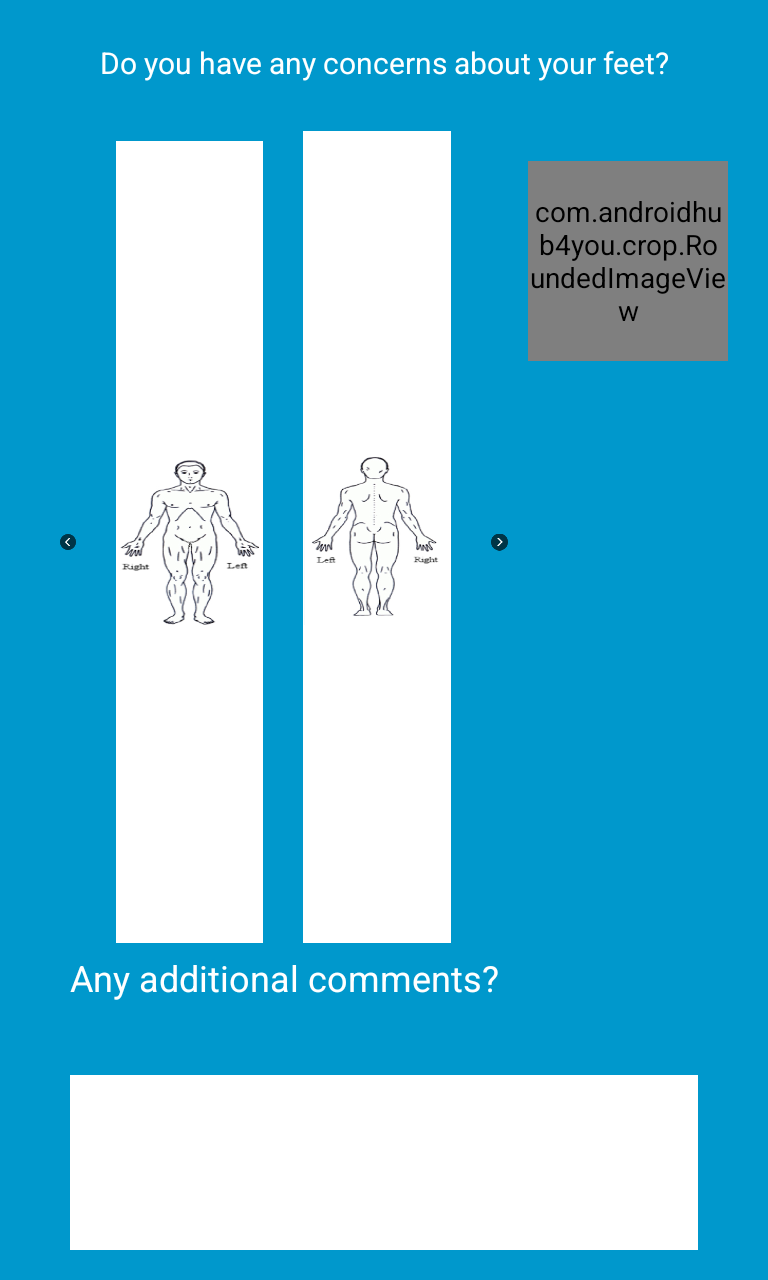
Repository: nanoweb12/GoodFeetAppNew
Layout: BodyTest/res/layout/body.xml
The author's editor kept a copy of each file at every save. The layout is drawn from the files as they stood at one save, then again after the next save.
Pictures or frames that could not be fetched are drawn as grey boxes. It is drawn on a 768 x 1280 px phone screen (xhdpi) without system bars, with theme AppTheme; the app's code is not run.

Above is the layout before, as saved 2015-02-17 10:04:30.

After the next save:
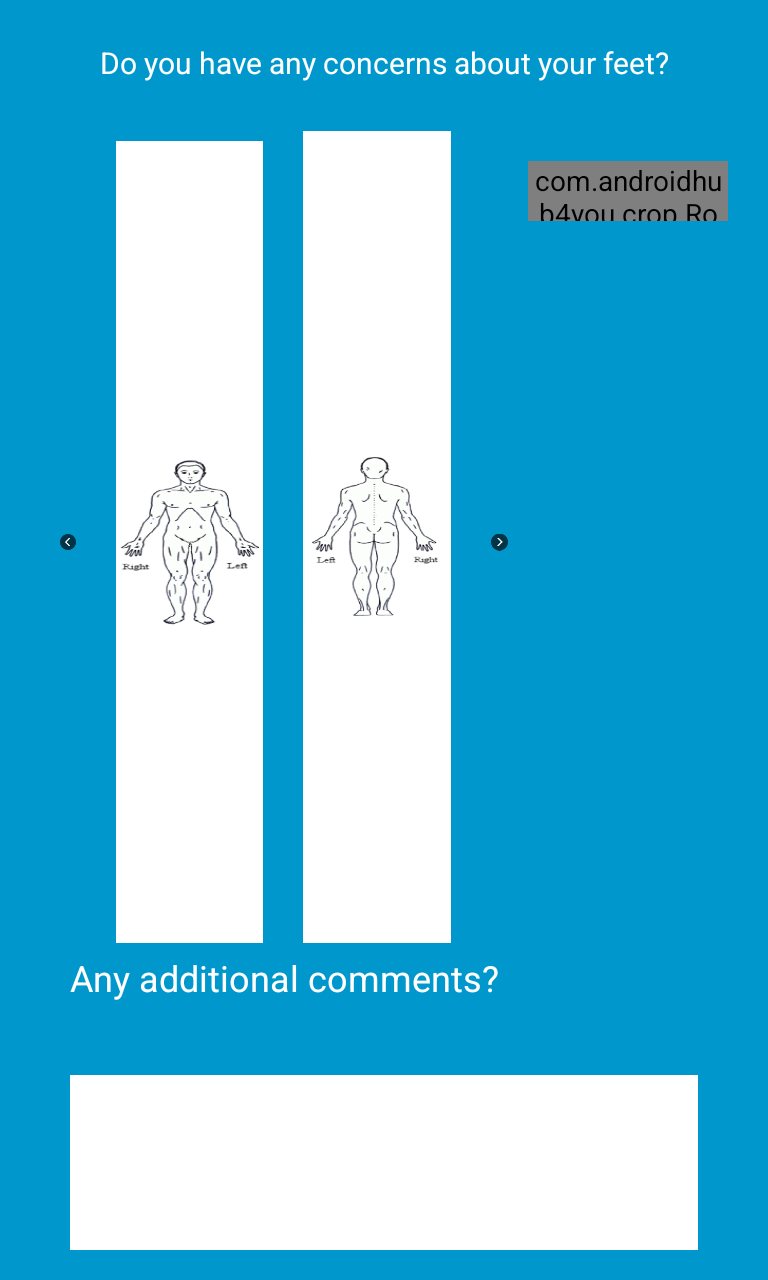
Saved 27 s later.
--- a/BodyTest/res/layout/body.xml
+++ b/BodyTest/res/layout/body.xml
@@ -90,7 +90,7 @@
          <com.androidhub4you.crop.RoundedImageView
         android:id="@+id/imageView_round"
         android:layout_width="100dp"
-        android:layout_height="100dp"
+        android:layout_height="30dp"
         android:layout_marginTop="15dp"
         android:src="@drawable/ic_launcher" />
 
